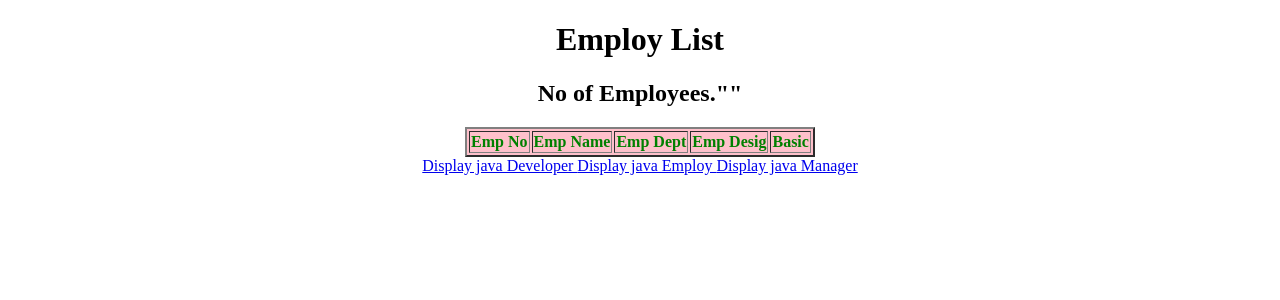
Repository: 1919satya/documents1-2
Page: http://localhost/springData/WEB-INF/views/home.jsp
These files come from the project's save history. The page is drawn as it stood at one moment and after the next save; the edit follows.
The browser window is 1280 px wide. The pictures show the whole page.
The page is served by Tomcat 9. Nobody is signed in. Other server files are loaded and not shown. The template is opened directly, without the code that normally fills it, so the values that code supplies are empty.

Above is the page before, as saved 2019-10-15 10:01:40.

### AdvanceSpring/springData/src/main/webapp/WEB-INF/views/home.jsp
<%@page contentType="text/html" pageEncoding="UTF-8"%>
<!DOCTYPE HTML PUBLIC "-//W3C//DTD HTML 4.01 Transitional//EN"
   "http://www.w3.org/TR/html4/loose.dtd">
<%@ taglib uri="http://java.sun.com/jsp/jstl/core" prefix="c"%>
<%@ taglib uri="http://www.springframework.org/tags/form" prefix="form"%>
<html>
<head>
<meta http-equiv="Content-Type" content="text/html; charset=ISO-8859-1">
<title>Insert title here</title>
</head>
<body>
	<div align="center">
		<h1>Employ List</h1>
		<h2>No of Employees."${listEmploy.size()}"</h2>
		<table border=2, bgcolor="pink">

			<th style="color: green">Emp No</th>
			<th style="color: green">Emp Name</th>
			<th style="color: green">Emp Dept</th>
			<th style="color: green">Emp Desig</th>
			<th style="color: green">Basic</th>

			<c:forEach var="emp" items="${listEmploy}">
				<tr>
					<td>${emp.empno}</td>
					<td>${emp.name}</td>
					<td>${emp.dept}</td>
					<td>${emp.desig}</td>
					<td>${emp.basic}</td>
				</tr>
			</c:forEach>
		</table>
		<a href="/displayjavadeveloper" />Display java Developer </a>
		<a href="/displayjavaemploy" />Display java Employ </a>
		<a href="/displayjavamanager" />Display java Manager </a>
	</div>

</body>
</html>

After the next save:
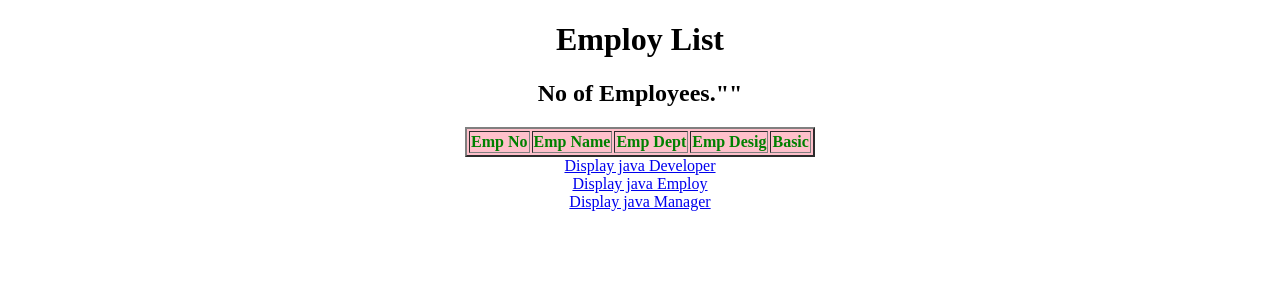
Saved 6 min 14 s later.
--- a/AdvanceSpring/springData/src/main/webapp/WEB-INF/views/home.jsp
+++ b/AdvanceSpring/springData/src/main/webapp/WEB-INF/views/home.jsp
@@ -30,9 +30,9 @@
 				</tr>
 			</c:forEach>
 		</table>
-		<a href="/displayjavadeveloper" />Display java Developer </a>
-		<a href="/displayjavaemploy" />Display java Employ </a>
-		<a href="/displayjavamanager" />Display java Manager </a>
+		<a href="/displayjavadeveloper" />Display java Developer </a></br>
+		<a href="/displayjavaemploy" />Display java Employ </a></br>
+		<a href="/displayjavamanager" />Display java Manager </a></br>
 	</div>
 
 </body>
